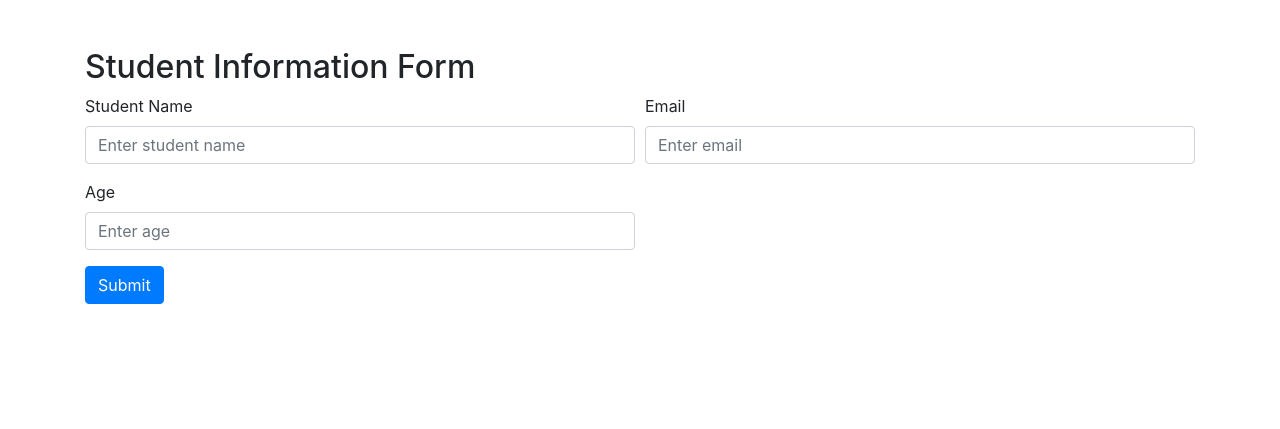
Repository: Manojs14/StudentManagementSystem
Page: http://localhost/Crud_form/
An editor plug-in stored every save of this project. The page is shown before and after the next save, followed by the edit.
The browser window is 1280 px wide. The pictures show the whole page.
Some web libraries are served in a nearby version. The page is served by Tomcat 9. Nobody is signed in. The application's start-up code is not run. Other server files are loaded and not shown.

Above is the page before, as saved 2024-07-11 03:23:06.

### Crud_form/src/main/webapp/index.jsp
<!DOCTYPE html>
<html lang="en">
<head>
    <meta charset="UTF-8">
    <meta name="viewport" content="width=device-width, initial-scale=1.0">
    <title>Responsive Student Form</title>
    <link rel="stylesheet" href="https://stackpath.bootstrapcdn.com/bootstrap/4.5.2/css/bootstrap.min.css">
</head>
<body>
    <div class="container">
        <h2 class="mt-5">Student Information Form</h2>
        <form>
            <div class="form-row">
                <div class="form-group col-md-6">
                    <label for="studentName">Student Name</label>
                    <input type="text" class="form-control" id="studentName" placeholder="Enter student name">
                </div>
                <div class="form-group col-md-6">
                    <label for="studentEmail">Email</label>
                    <input type="email" class="form-control" id="studentEmail" placeholder="Enter email">
                </div>
            </div>
            <div class="form-row">
                <div class="form-group col-md-6">
                    <label for="studentAge">Age</label>
                    <input type="number" class="form-control" id="studentAge" placeholder="Enter age">
                </div>
            </div>
            <button type="submit" class="btn btn-primary">Submit</button>
        </form>
    </div>

    <script src="https://code.jquery.com/jquery-3.5.1.slim.min.js"></script>
    <script src="https://cdn.jsdelivr.net/npm/@popperjs/core@2.5.4/dist/umd/popper.min.js"></script>
    <script src="https://stackpath.bootstrapcdn.com/bootstrap/4.5.2/js/bootstrap.min.js"></script>
</body>
</html>

After the next save:
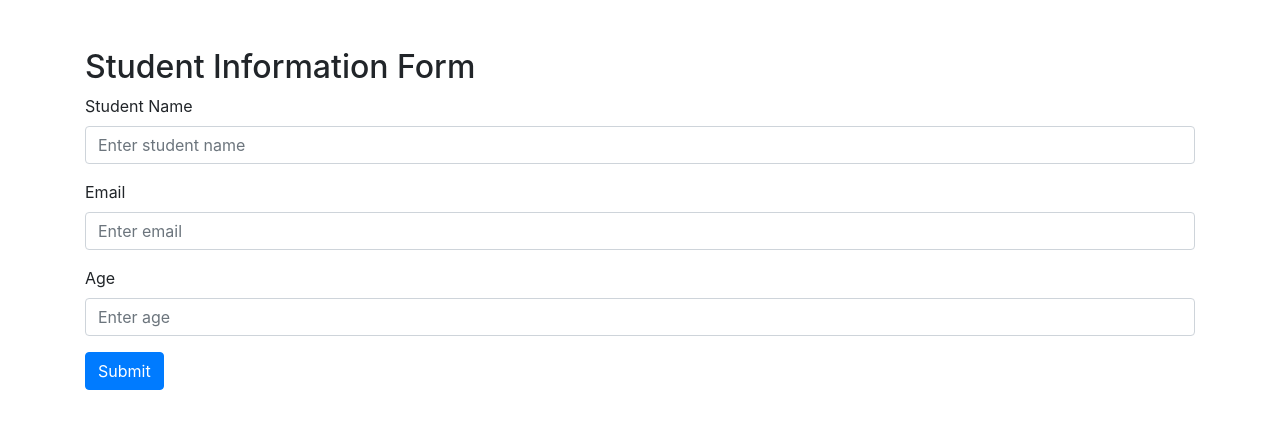
Saved 2 min 4 s later.
--- a/Crud_form/src/main/webapp/index.jsp
+++ b/Crud_form/src/main/webapp/index.jsp
@@ -10,21 +10,17 @@
     <div class="container">
         <h2 class="mt-5">Student Information Form</h2>
         <form>
-            <div class="form-row">
-                <div class="form-group col-md-6">
-                    <label for="studentName">Student Name</label>
-                    <input type="text" class="form-control" id="studentName" placeholder="Enter student name">
-                </div>
-                <div class="form-group col-md-6">
-                    <label for="studentEmail">Email</label>
-                    <input type="email" class="form-control" id="studentEmail" placeholder="Enter email">
-                </div>
+            <div class="form-group">
+                <label for="studentName">Student Name</label>
+                <input type="text" class="form-control" id="studentName" placeholder="Enter student name">
             </div>
-            <div class="form-row">
-                <div class="form-group col-md-6">
-                    <label for="studentAge">Age</label>
-                    <input type="number" class="form-control" id="studentAge" placeholder="Enter age">
-                </div>
+            <div class="form-group">
+                <label for="studentEmail">Email</label>
+                <input type="email" class="form-control" id="studentEmail" placeholder="Enter email">
+            </div>
+            <div class="form-group">
+                <label for="studentAge">Age</label>
+                <input type="number" class="form-control" id="studentAge" placeholder="Enter age">
             </div>
             <button type="submit" class="btn btn-primary">Submit</button>
         </form>
